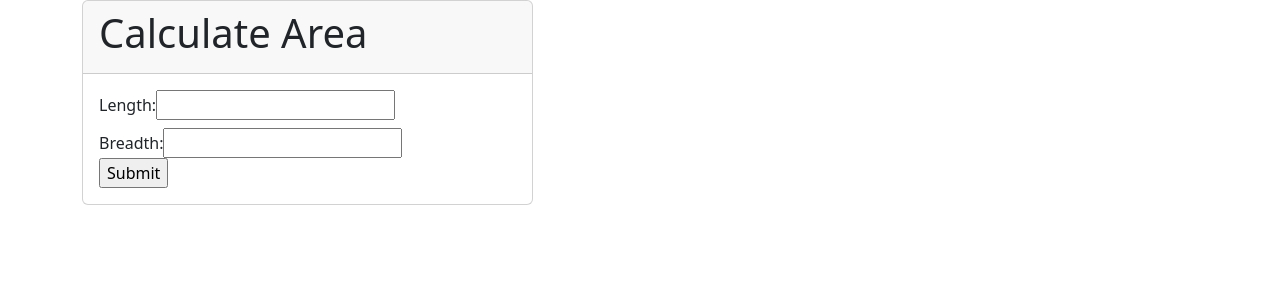
Repository: Laxman-Nath/Servlet_JSP
Page: http://localhost/Area/
An editor plug-in stored every save of this project. The page is shown before and after the next save, followed by the edit.
The browser window is 1280 px wide. The pictures show the whole page.
The page is served by Tomcat 9.

Above is the page before, as saved 2024-09-02 10:46:07.

After the next save:
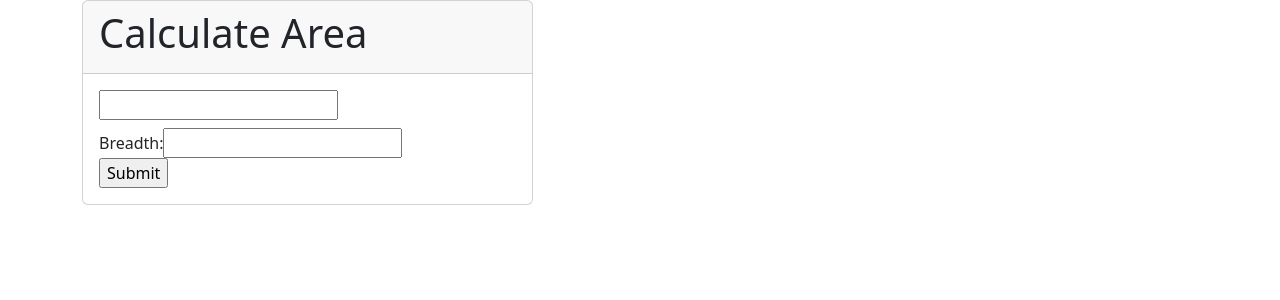
Saved 25 s later.
--- a/Area/src/main/webapp/Area.jsp
+++ b/Area/src/main/webapp/Area.jsp
@@ -20,7 +20,7 @@
     <div class="card-body">
 	<form action="" method="post">
 		<div class="mb-2">
-			Length:<input type="number" name="length">
+		<label class="form-label"></label><input type="number" name="length">
 		</div>
 		<div>
 			Breadth:<input type="number" name="breadth">
